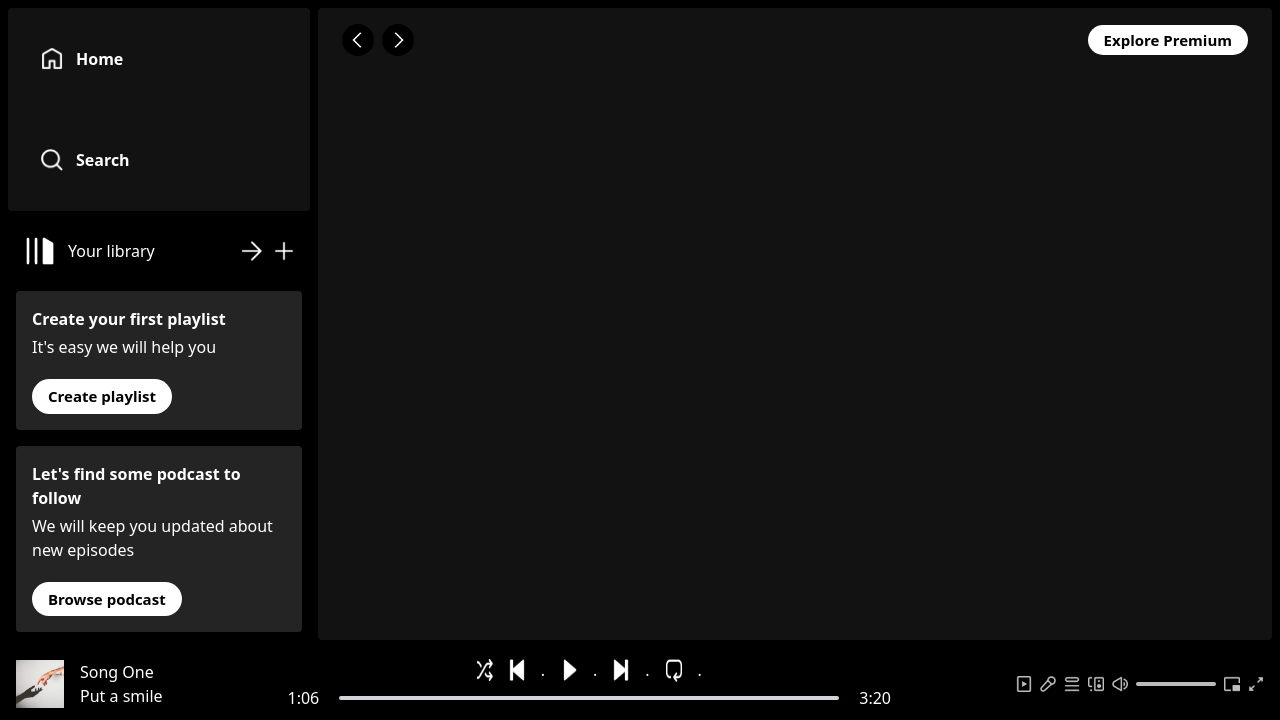
Repository: duttasayan835/Spotify_clone
Page: /
These files come from the project's save history. The page is drawn as it stood at one moment and after the next save; the edit follows.
The browser window is 1280 px wide. The pictures show the whole page.
The project was rebuilt for these pictures with package versions that can differ from the ones it lists, and the page was loaded fresh each time. Also part of the build but not shown: vite.config.js. Imported but missing from the stored project, and not drawn on this page: src/assets/song1.mp3, src/assets/song2.mp3, src/assets/song3.mp3.

Above is the page before, as saved 2024-08-09 23:22:30.

### src/main.jsx
import { StrictMode } from "react";
import { createRoot } from "react-dom/client";
import App from "./App.jsx";
import "./index.css";
// eslint-disable-next-line no-unused-vars
import { BrowserRouter } from "react-router-dom";

createRoot(document.getElementById("root")).render(
  <StrictMode>
    <BrowserRouter>
      <App />
    </BrowserRouter>
  </StrictMode>
);

### src/App.jsx
//<<<<<<< ⌬ Tabnine Instruct <<<<<<<
// eslint-disable-next-line no-unused-vars
import React from "react";
//>>>>>>> ⌬ Tabnine Instruct >>>>>>>
import Sidebar from "./Components/Sidebar";
import Player from "./Components/Player";
import Display from "./Components/Display";
const App = () => {
  return (
    <div className="h-screen bg-black">
      <div className="h-[90%] flex">
        <Sidebar />
        <Display />
      </div>
      <Player />
    </div>
  );
};

export default App;

### src/Components/Sidebar.jsx
// eslint-disable-next-line no-unused-vars
import React from "react";
import { assets } from "../assets/assets";
import { useNavigate } from "react-router-dom";
const sidebar = () => {
  const navigate = useNavigate();
  return (
    <div className="w-[25%] h-full p-2 flex-col gap-2 text-white hidden lg:flex ">
      <div className="bg-[#121212] h-[50%] rounded flex flex-col justify-around">
        <div
          onClick={() => navigate("/")}
          className="flex items-center gap-3 pl-8 cursor-pointer"
        >
          <img className="w-6" src={assets.home_icon} alt="" />
          <p className="font-bold ">Home</p>
        </div>
        <div className="flex items-center gap-3 pl-8 cursor-pointer">
          <img className="w-6" src={assets.search_icon} alt="" />
          <p className="font-bold ">Search</p>
        </div>
      </div>
      <div className="bg-[#121212 h-[85%] rounded">
        <div className="flex items-center justify-between p-4">
          <div className="flex items-center gap-3">
            <img className="w-8 " src={assets.stack_icon} alt="" />
            <p className="font">Your library</p>
          </div>
          <div className="flex items-center gap-3">
            <img className="w-5" src={assets.arrow_icon} alt="" />
            <img className="w-5" src={assets.plus_icon} alt="" />
          </div>
        </div>
        <div className="p-4 bg-[#242424] m-2 rounded font-semibold flex flex-col items-start justify-start gap-1 pl-4 ">
          <h1>Create your first playlist</h1>
          <p className="font-light">It's easy we will help you</p>
          <button className="px-4 py-1.5 bg-white text-[15px] text-black rounded-full mt-4">
            Create playlist
          </button>
        </div>
        <div className="p-4 bg-[#242424] m-2 rounded font-semibold flex flex-col items-start justify-start gap-1 pl-4 mt-4">
          <h1>Let's find some podcast to follow</h1>
          <p className="font-light">
            We will keep you updated about new episodes
          </p>
          <button className="px-4 py-1.5 bg-white text-[15px] text-black rounded-full mt-4">
            Browse podcast
          </button>
        </div>
      </div>
    </div>
  );
};

export default sidebar;

### src/Components/Player.jsx
// eslint-disable-next-line no-unused-vars
import React from "react";
import { assets, songsData } from "../assets/assets";

const Player = () => {
  return (
    <div className="h-[10%] bg-black flex justify-between items-center text-white px-4 ">
      <div className="hidden gap-4 lg:flex item-center ">
        <img className="w-12" src={songsData[0].image} alt="" />
        <div>
          <p>{songsData[0].name}</p>
          <p>{songsData[0].desc.slice(0, 12)}</p>
        </div>
      </div>
      <div className="flex flex-col items-center gap-1 m-auto">
        <div className="flex gap-4">
          <img
            className="w-4 cursor-pointer"
            src={assets.shuffle_icon}
            alt=""
          />
          <img className="w-4 cursor-pointer" src={assets.prev_icon} alt="" />.
          <img className="w-4 cursor-pointer" src={assets.play_icon} alt="" />.
          <img className="w-4 cursor-pointer" src={assets.next_icon} alt="" />.
          <img className="w-4 cursor-pointer" src={assets.loop_icon} alt="" />.
        </div>
        <div className="flex items-center gap-5">
          <p>1:06</p>
          <div className="w-[60vw] max-w-[500px] bg-gray-300 rounded-full cursor-pointer">
            <hr className="w-0 h-1 bg-green-800 border-none rounded-full " />
          </div>
          <p>3:20</p>
        </div>
      </div>
      <div className="items-center hidden gap-2 opacity-75 lg:flex">
        <img className="w-4" src={assets.plays_icon} alt="" />
        <img className="w-4" src={assets.mic_icon} alt="" />
        <img className="w-4" src={assets.queue_icon} alt="" />
        <img className="w-4" src={assets.speaker_icon} alt="" />
        <img className="w-4" src={assets.volume_icon} alt="" />
        <div className="w-20 h-1 rounded bg-slate-50"></div>
        <img className="w-4" src={assets.mini_player_icon} alt="" />
        <img className="w-4" src={assets.zoom_icon} alt="" />
      </div>
    </div>
  );
};

export default Player;

### src/Components/Display.jsx
// eslint-disable-next-line no-unused-vars
import React from "react";
import { Route, Routes } from "react-router-dom";
import DisplayHome from "./DisplayHome";

const Display = () => {
  return (
    <div className="w-[100%] m-2 px-6 pt-4 rounded bg-[#121212] text-white overflow-auto lg:w-[75%] lg:ml-0">
      <Routes>
        <Route path="/" element={<DisplayHome />} />
      </Routes>
    </div>
  );
};

export default Display;

### src/assets/assets.js
import bell_icon from "./bell.png";
import home_icon from "./home.png";
import like_icon from "./like.png";
import loop_icon from "./loop.png";
import mic_icon from "./mic.png";
import next_icon from "./next.png";
import play_icon from "./play.png";
import pause_icon from "./pause.png";
import plays_icon from "./plays.png";
import prev_icon from "./prev.png";
import search_icon from "./search.png";
import shuffle_icon from "./shuffle.png";
import speaker_icon from "./speaker.png";
import stack_icon from "./stack.png";
import zoom_icon from "./zoom.png";
import plus_icon from "./plus.png";
import arrow_icon from "./arrow.png";
import mini_player_icon from "./mini-player.png";
import queue_icon from "./queue.png";
import volume_icon from "./volume.png";
import arrow_right from "./right_arrow.png";
import arrow_left from "./left_arrow.png";
import spotify_logo from "./spotify_logo.png";
import clock_icon from "./clock_icon.png";
import img1 from "./img1.jpg";
import img2 from "./img2.jpg";
import img3 from "./img3.jpg";
import img4 from "./img4.jpg";
import img5 from "./img5.jpg";
// eslint-disable-next-line no-unused-vars
import img6 from "./img6.jpg";
import img7 from "./img7.jpg";
import img8 from "./img8.jpg";
import img9 from "./img9.jpg";
import img10 from "./img10.jpg";
import img11 from "./img11.jpg";
import img12 from "./img12.jpg";
// eslint-disable-next-line no-unused-vars
import img13 from "./img13.jpg";
import img14 from "./img14.jpg";
import img15 from "./img15.jpg";
import img16 from "./img16.jpg";
import song1 from "./song1.mp3";
import song2 from "./song2.mp3";
import song3 from "./song3.mp3";

export const assets = {
  bell_icon,
  home_icon,
  like_icon,
  loop_icon,
  mic_icon,
  next_icon,
  play_icon,
  plays_icon,
  prev_icon,
  search_icon,
  shuffle_icon,
  speaker_icon,
  stack_icon,
  zoom_icon,
  plus_icon,
  arrow_icon,
  mini_player_icon,
  volume_icon,
  queue_icon,
  pause_icon,
  arrow_left,
  arrow_right,
  spotify_logo,
  clock_icon,
};

export const albumsData = [
  {
    id: 0,
    name: "Top 50 Global",
    image: img8,
    desc: "Your weekly update of the most played tracks",
    bgColor: "#2a4365",
  },
  {
    id: 1,
    name: "Top 50 India",
    image: img9,
    desc: "Your weekly update of the most played tracks",
    bgColor: "#22543d",
  },
  {
    id: 2,
    name: "Trending India",
    image: img10,
    desc: "Your weekly update of the most played tracks",
    bgColor: "#742a2a",
  },
  {
    id: 3,
    name: "Trending Global",
    image: img16,
    desc: "Your weekly update of the most played tracks",
    bgColor: "#44337a",
  },
  {
    id: 4,
    name: "Mega Hits,",
    image: img11,
    desc: "Your weekly update of the most played tracks",
    bgColor: "#234e52",
  },
  {
    id: 5,
    name: "Happy Favorites",
    image: img15,
    desc: "Your weekly update of the most played tracks",
    bgColor: "#744210",
  },
];

export const songsData = [
  {
    id: 0,
    name: "Song One",
    image: img1,
    file: song1,
    desc: "Put a smile on your face with these happy tunes",
    duration: "3:00",
  },
  {
    id: 1,
    name: "Song Two",
    image: img2,
    file: song2,
    desc: "Put a smile on your face with these happy tunes",
    duration: "2:20",
  },
  {
    id: 2,
    name: "Song Three",
    image: img3,
    file: song3,
    desc: "Put a smile on your face with these happy tunes",
    duration: "2:32",
  },
  {
    id: 3,
    name: "Song Four",
    image: img4,
    file: song1,
    desc: "Put a smile on your face with these happy tunes",
    duration: "2:50",
  },
  {
    id: 4,
    name: "Song Five",
    image: img5,
    file: song2,
    desc: "Put a smile on your face with these happy tunes",
    duration: "3:10",
  },
  {
    id: 5,
    name: "Song Six",
    image: img14,
    file: song3,
    desc: "Put a smile on your face with these happy tunes",
    duration: "2:45",
  },
  {
    id: 6,
    name: "Song Seven",
    image: img7,
    file: song1,
    desc: "Put a smile on your face with these happy tunes",
    duration: "2:18",
  },
  {
    id: 7,
    name: "Song Eight",
    image: img12,
    file: song2,
    desc: "Put a smile on your face with these happy tunes",
    duration: "2:35",
  },
];

### src/Components/DisplayHome.jsx
import React from "react";
import Navbar from "./Navbar";

const DisplayHome = () => {
  return (
    <>
      <Navbar />
    </>
  );
};

export default DisplayHome;

### src/Components/Navbar.jsx
// eslint-disable-next-line no-unused-vars
import React from "react";
import { assets } from "../assets/assets";
const Navbar = () => {
  return (
    <>
      <div className="flex items-center justify-between w-full font-semibold">
        <div className="flex items-center gap-2">
          <img
            className="w-8 p-2 bg-black cursor-pointer rounded-2xl"
            src={assets.arrow_left}
            alt=""
          />
          <img
            className="w-8 p-2 bg-black cursor-pointer rounded-2xl"
            src={assets.arrow_right}
            alt=""
          />
        </div>
        <div className="flex items-center gap-4">
          <p className="bg-white text-black text-[15px] px-4 py-1 rounded-2xl hidden md:block cursor-pointer">
            Explore Premium
          </p>
        </div>
      </div>
    </>
  );
};

export default Navbar;

Loaded but not shown: src/index.css (common file); tailwind.config.js (common file)

After the next save:
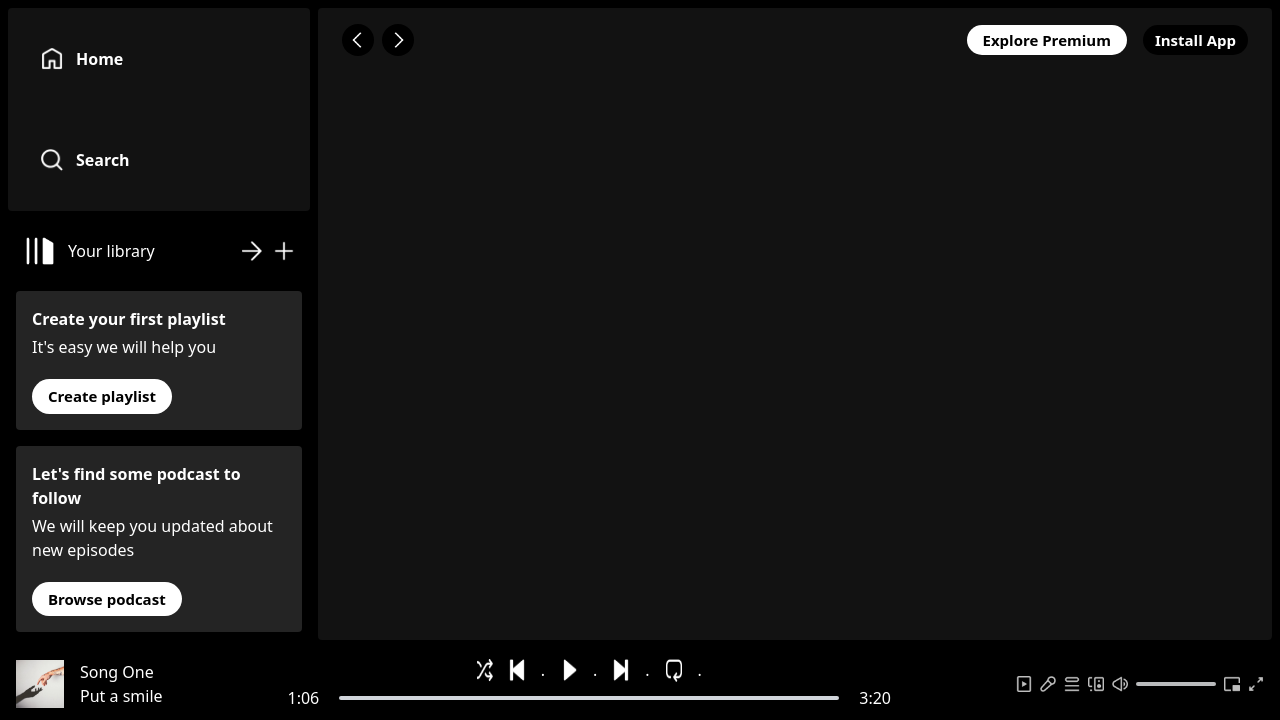
Saved 45 s later.
--- a/src/Components/Navbar.jsx
+++ b/src/Components/Navbar.jsx
@@ -21,6 +21,9 @@
           <p className="bg-white text-black text-[15px] px-4 py-1 rounded-2xl hidden md:block cursor-pointer">
             Explore Premium
           </p>
+          <p className="bg-black py-1 px-3 rounded-2xl text-[15px]">
+            Install App
+          </p>
         </div>
       </div>
     </>
